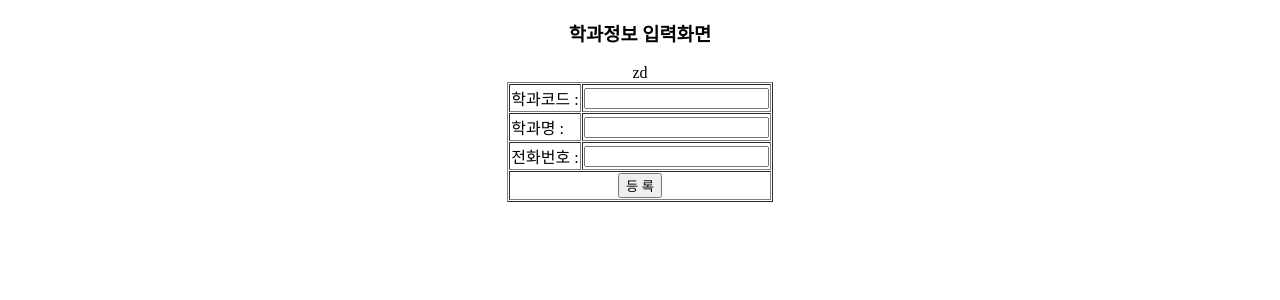
Repository: DDoeDDoe32/sw5
Page: http://localhost/test10/subjectlist.jsp
These files come from the project's save history. The page is drawn as it stood at one moment and after the next save; the edit follows.
The browser window is 1280 px wide. The pictures show the whole page.
The page is served by Tomcat 9.

Above is the page before, as saved 2019-05-18 06:48:01.

After the next save:
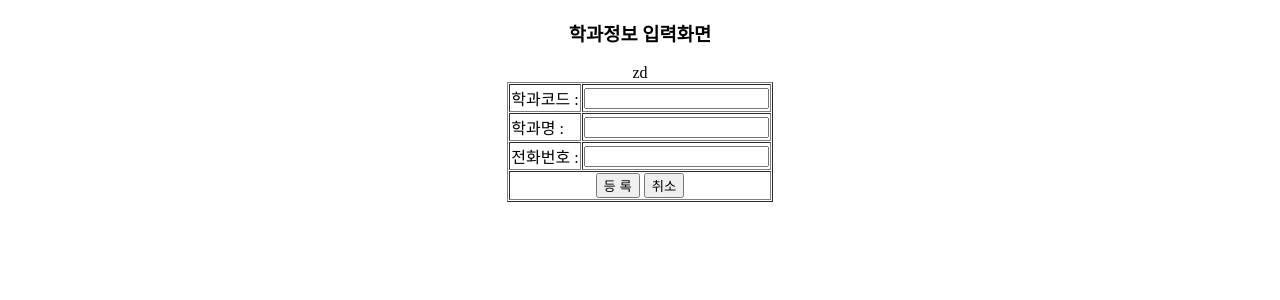
Saved 20 s later.
--- a/실습파일/test10/WebContent/subjectlist.jsp
+++ b/실습파일/test10/WebContent/subjectlist.jsp
@@ -29,6 +29,7 @@
 <tr align="center">
 <td colspan=2>
 <input type="button" name="confirm" value="등 록" OnClick="In_Check()">
+<input type="reset" name="reset" value="취소">
 
 </table></form></center>
 
